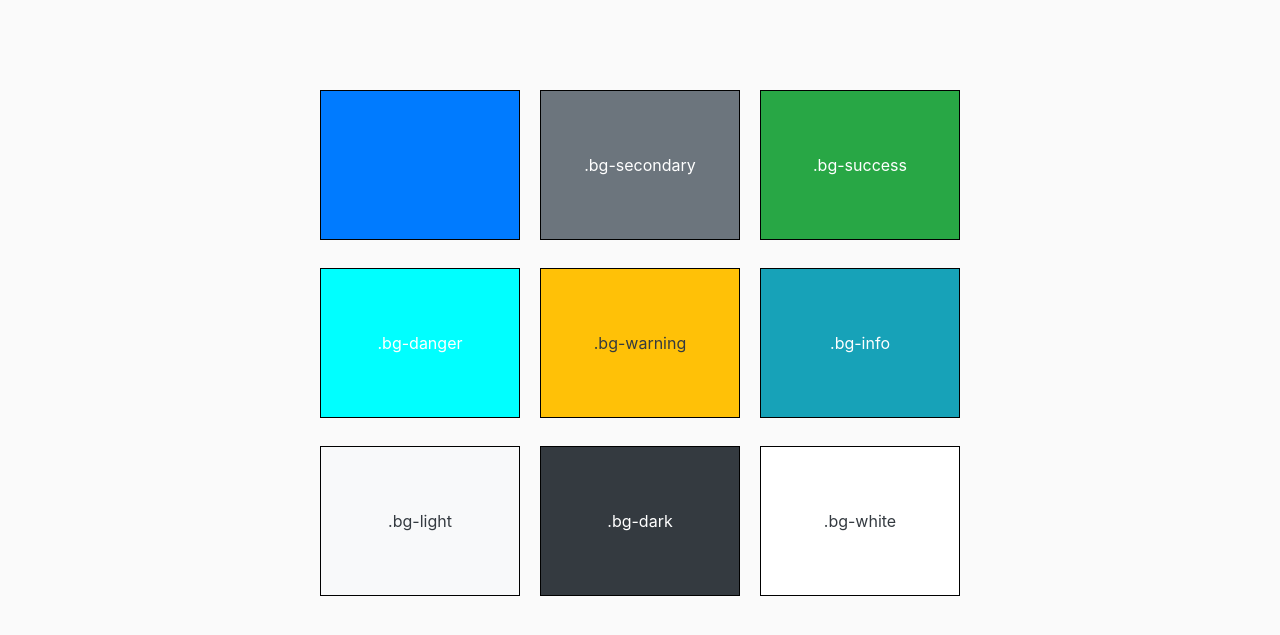
Repository: khanhdk0000/first_proj
Page: http://localhost/about
An editor plug-in stored every save of this project. The page is shown before and after a run of saves, followed by the edit.
The browser window is 1280 px wide. The pictures show the whole page.
Some web libraries are served in a nearby version. The page is served by the project's application, run on Flask 3 (flaskblog.py).

Above is the page before, as saved 2021-05-25 12:30:00.

After the next 2 saves:
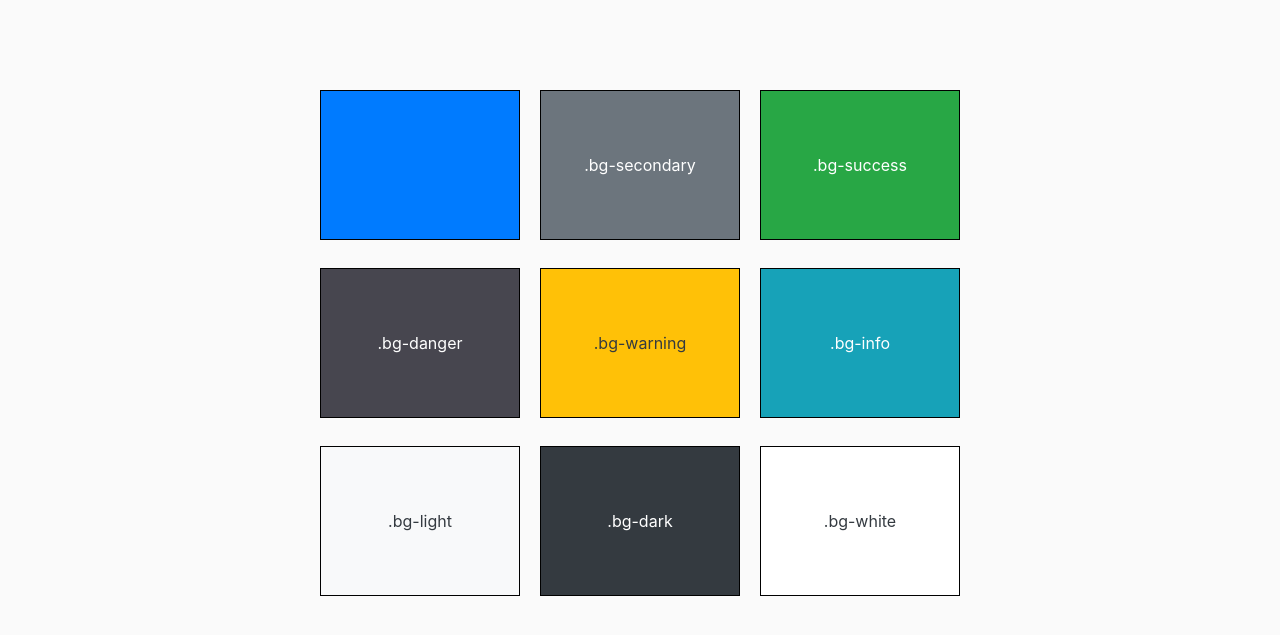
The 2 saves are shown as one change because they came seconds apart.
The last was saved 25 s later.
--- a/templates/about.html
+++ b/templates/about.html
@@ -29,7 +29,7 @@
 </div>
 
 <div class="row m-2">
-    <div class=" text-white" style="background-color:aqua;">.bg-danger</div>
+    <div class=" text-white" style="background-color:#47464f;">.bg-danger</div>
     <div class="bg-warning text-dark">.bg-warning</div>
     <div class="bg-info text-white">.bg-info</div>
 </div>
